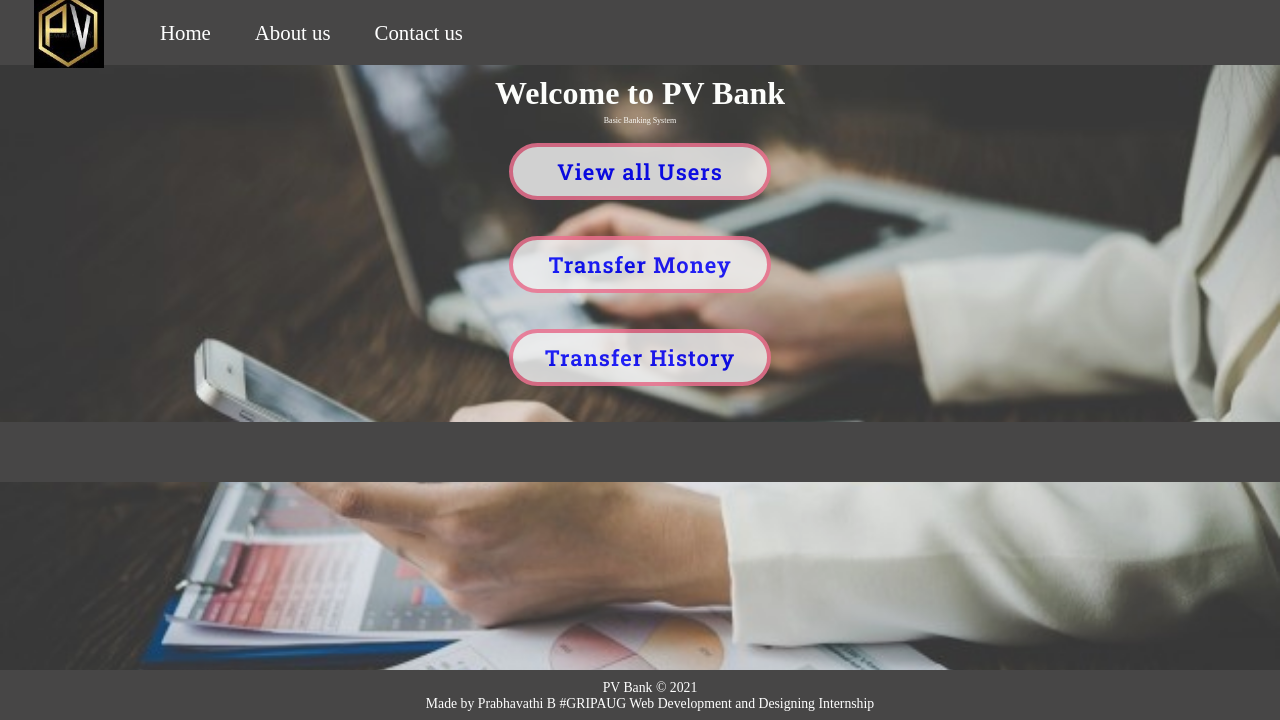
Repository: PrabhaBas/TheSparksFoundation_BasicBankingSystem
Page: http://localhost/PVBank/
These files come from the project's save history. The page is drawn as it stood at one moment and after the next save; the edit follows.
The browser window is 1280 px wide. The pictures show the whole page.
Some web fonts or font styles are not loaded; a fallback is used. The page is served by Tomcat 9.

Above is the page before, as saved 2021-08-18 13:16:21.

After the next save:
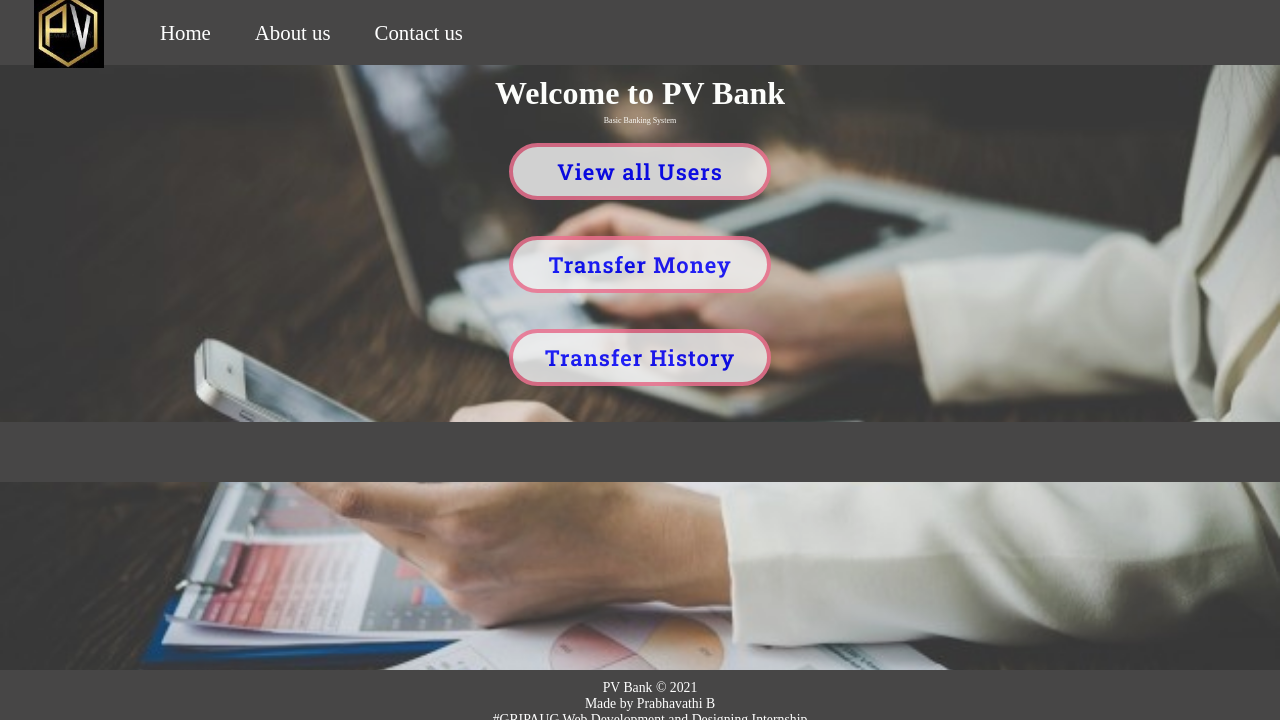
Saved 3 min 1 s later.
--- a/PVBank/src/main/webapp/index.jsp
+++ b/PVBank/src/main/webapp/index.jsp
@@ -19,14 +19,14 @@
 </head>
 <body>
 
-    <nav id="navbar">
+   <nav id="navbar">
         <div id="logo">
             <img src="images/logo1.jpg" alt="OnlineTransaction.com" width="70" height="40">
         </div>
         <ul>
-            <li class="item"><a href="index.jsp">Home</a></li>
-            <li class="item"><a href="aboutPage.jsp">About us</a></li>
-            <li class="item"><a href="contact.jsp">Contact us</a></li>
+            <li class="item"><a href="index.html">Home</a></li>
+            <li class="item"><a href="aboutPage.html">About us</a></li>
+            <li class="item"><a href="contact.html">Contact us</a></li>
         </ul>
     </nav>
 
@@ -37,9 +37,9 @@
         <div class="bg">
             <div class="center">
                 <ul type="none">
-                <li class="operations"><a href="View_user.jsp"><button class="btn">View all Users</button></a></li><br><br>
-                <li class="operations"><a href="transfer_money.jsp"><button  class="btn">Transfer Money</button></a></li><br><br>
-          		<li class="operations"><a href="transactionhistory.jsp"><button class="btn">Transfer History</button></a></li>
+                <li class="operations"><a href="View_user.html"><button class="btn">View all Users</button></a></li><br><br>
+                 <li class="operations"><a href="transfer_money.html"><button class="btn">Transfer Money</button></a></li><br><br>
+                <li class="operations"><a href="transactionhistory.html"><button class="btn">Transfer History</button></a></li>
 
                 </ul>
 
@@ -47,14 +47,12 @@
         </div>
     </section>
     <div id="container">
-         <div id="footpart">
+        <div id="footpart">
             PV Bank © 2021 <br>
-          Made by Prabhavathi B   #GRIPAUG Web Development and Designing Internship
+          Made by Prabhavathi B
+          <p>#GRIPAUG Web Development and Designing Internship</p>
         </div>
     </div>
+</body>
 
-
-
-
-</body>
 </html>
